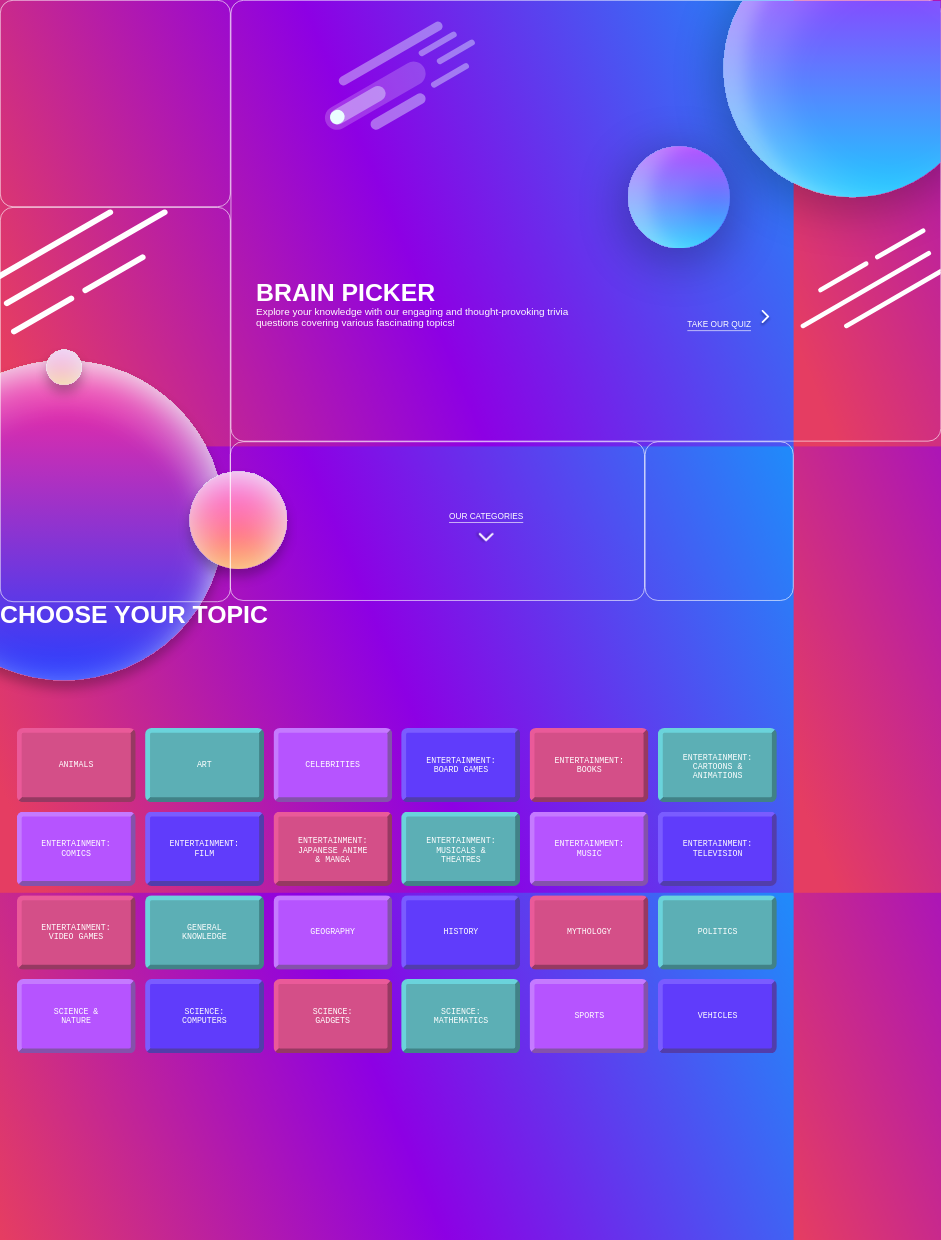
Repository: pjiang604/COMP-2170_Final-Project
Page: index.html
An editor plug-in stored every save of this project. The page is shown before and after the next save, followed by the edit.
The browser window is 1280 px wide. The page is 1518 px wide, so the pictures cover 1518 px, including what lies to the right of the window. The pictures show the whole page, at 62% of full size.
Backgrounds fixed to the window are drawn as part of the page.

Above is the page before, as saved 2023-04-30 13:30:03.

### index.html
<!DOCTYPE html>
<html lang="en">
  <head>
    <meta charset="UTF-8">
    <meta http-equiv="X-UA-Compatible" content="IE=edge">
    <meta name="viewport" content="width=device-width, initial-scale=1.0">
    <link rel="stylesheet" href="style.css">
    <title> Brain Picker </title>
    <script src="/easy.js"></script>
    <script src="/medium.js"></script>
    <script src="/hard.js"></script>
  </head>
  <body>
    <div class="container">
      <div class="graphic__left">
        <img class="bottom__left_sphere" src="/Assets/bg_graphics/bottom_left_sphere_group.svg" alt="">
        <img class="left__shooting_star" src="/Assets/bg_graphics/shooting_star_left.svg" alt="">
      </div>
      <div class="left__containers">
        <div class="left__container_top"></div>
        <div class="left__container_bottom"></div>
      </div>
      <div class="quiz__container">
        <div class="left__content">
          <h1> BRAIN PICKER </h1>
          <p> Explore your knowledge with our engaging and thought-provoking trivia questions covering various fascinating topics! </p>
        </div>
        <div class="right__content">
          <div class="graphics">
            <img class="shooting__star_top" src="/Assets/bg_graphics/shooting_star_alt.svg" alt="">
            <img class="top__right_sphere" src="/Assets/bg_graphics/top_right_sphere_group.svg" alt="">
            <img class="star__right" src="/Assets/bg_graphics/shooting_star_right.svg" alt="">
          </div>
          <div class="quiz__button">
            <a href="#">
              <button class="take__quiz_button"> TAKE OUR QUIZ </button>
              <img class="quiz__arrow" src="/Assets/buttons/arrow-head.svg" alt="">
            </a>
          </div>
        </div>
      </div>
    </div>
    <div class="bottom__containers">
      <div class="bottom__container_left">
        <a href="#">
          <button class="categories__button"> OUR CATEGORIES </button>
        </a>
        <img class="categories__arrow" src="/Assets/buttons/arrow-head.svg" alt="" width="30px">
      </div>
      <div class="bottom__container_right"></div>
    </div>

    <div class="categories__section">
      <h1 class="topics_header">CHOOSE YOUR TOPIC</h1>

      <div class="categories_container">
        <button class='topic_button1' id="animals">animals</button>
        <button class='topic_button2' id="art">art</button>
        <button class='topic_button3' id="celebrities">celebrities</button>
        <button class='topic_button4' id="board_games">entertainment: board games</button>
        <button class='topic_button1' id="books">entertainment: books</button>
        <button class='topic_button2' id="cartoons_animations">entertainment: cartoons & animations</button>
        <button class='topic_button3' id="comics">entertainment: comics</button>
        <button class='topic_button4' id="film">entertainment: film</button>
        <button class='topic_button1' id="japanese_anime">entertainment: japanese anime & manga</button>
        <button class='topic_button2' id="musicals_theatre">entertainment: musicals & theatres</button>
        <button class='topic_button3' id="music">entertainment: music</button>
        <button class='topic_button4' id="television">entertainment: television</button>
        <button class='topic_button1' id="video_games">entertainment: video games</button>
        <button class='topic_button2' id="general_knwoledge">general knowledge</button>
        <button class='topic_button3' id="geography">geography</button>
        <button class='topic_button4' id="history">history</button>
        <button class='topic_button1' id="mythology">mythology</button>
        <button class='topic_button2' id="politics">politics</button>
        <button class='topic_button3' id="science_nature">science & nature</button>
        <button class='topic_button4' id="computers">science: computers</button>
        <button class='topic_button1' id="gadgets">science: gadgets </button>
        <button class='topic_button2' id="mathematics">science: mathematics</button>
        <button class='topic_button3' id="sports">sports</button>
        <button class='topic_button4' id="vehicles">vehicles</button>
      </div>
    </div>

  </body>
</html>

### style.css
:root {
	--primary-font: Arial, Helvetica, sans-serif;
	--secondary-font: 'Courier New', Courier, monospace;
	--font-weight-general: normal;
	--font-weight-light: 100;
	--font-weight-bold: bold;
	--font-size-body: 12pt;
	--font-size-heading: 30pt;
	--font-size-sub-heading: 22pt;

	--white: #fff;
	--black: #000000;
	--crimson: #d44f88;
	--crimson-2:#ea5a99;
	--teal:#5CAFB5;
	--teal-2:#6ad3db;
	--indigo:#603CFB;
	--indigo-2:#7a5cff;
	--purple: #B654FF;
	--purple-2:#c57aff;
}

h1 {
	font-size: var(--font-size-heading);
	font-weight: var(--font-weight-bold);
	font-family: var(--primary-font);
}

h2 {
	font-size: var(--font-size-sub-heading);
	font-weight: var(--font-weight-bold);
	font-family: var(--primary-font);
}

p {
	font-size: var(--font-size-body);
	font-weight: var(--font-weight-general);
	font-family: var(--primary-font);
}

* {
	margin: 0;
}

body {
	/* Linear gradient bg */
	background: linear-gradient(247.38deg, #2189FA 0.96%, #8D00E4 50.19%, #E53D62 95.42%);
	min-height: 2000px;
	background-attachment: fixed;
	background-position: center;
	background-repeat: no-repeat;
	background-size: cover;
	max-width: 100%;
}

/**Main container**/
.container {
	display: flex;
}

.bottom__left_sphere {
	position: absolute;
	width: 30rem;
	top: 35rem;
	z-index: -1;
}

.left__shooting_star {
	width: 17rem;
	position: absolute;
	top: 21rem;
}

/**Left containers**/
.left__container_top {
	box-sizing: border-box;
	display: flex;
	width: 372px;
	height: 334px;
	border: 0.25px solid #FFFFFF;
	border-radius: 21px;
}

.left__container_bottom {
	box-sizing: border-box;
	display: flex;
	width: 372px;
	height: 637px;
	border: 0.25px solid #FFFFFF;
	border-radius: 21px;
}

/**Bottom containers**/
.bottom__containers {
	display: flex;
	margin-top: -16.2rem;
	/* justify-content: end; */
	padding-left: 23.2rem;
}

.bottom__container_left {
	box-sizing: border-box;
	display: flex;
	width: 52.8rem;
	height: 257px;
	border: 0.25px solid #FFFFFF;
	border-radius: 21px;
}

.bottom__container_right {
	box-sizing: border-box;
	display: flex;
	width: 303px;
	height: 257px;
	border: 0.25px solid #FFFFFF;
	border-radius: 21px;
}

/**Quiz Section**/
.quiz__container {
	box-sizing: border-box;
	display: flex;
	width: 71.6rem;
	height: 44.5rem;
	border: 0.15px solid #FFFFFF;
	border-radius: 21px;
}

.shooting__star_top {
	position: absolute;
	right: 32rem;
	top: 2rem;
}

.top__right_sphere {
	display: flex;
	justify-content: end;
}

.star__right {
	display: flex;
	position: relative;
	float: right;
	bottom: 8rem;
}

.left__content {
	color: var(--white);
	width: 40rem;
	padding-left: 2.5rem;
	padding-top: 28rem;
}

.take__quiz_button {
	border: none;
	text-decoration: underline;
	text-underline-offset: 5px;
	color: var(--white);
	background: none;
	padding-left: 11rem;
	cursor: pointer;
}

.quiz__button>a {
	text-decoration: none;
}


.categories__button {
	border: none;
	text-decoration: underline;
	text-underline-offset: 5px;
	color: var(--white);
	background: none;
	padding-left: 22rem;
	padding-top: 7rem;
	cursor: pointer;
}

.categories__arrow {
	rotate: 90deg;
	margin-top: 2.5rem;
	position: absolute;
	left: 48rem;
	top: 50.5rem;
}

.bottom__container_left>a {
	text-decoration: none;
}


/** Topics Section **/
.topics_header{
	color: var(--white);
}

.categories_container{
	font-family: var(--secondary-font);
	display: grid;
	grid-template-columns: 12rem 12rem 12rem 12rem 12rem 12rem;
	gap: .935rem;
	align-items: center;
	justify-content: center;
	padding-top: 10rem;
}

.topic_button1{
	font-family: var(--secondary-font);
	border-width: .5rem;
	height: 7.5rem;
    color: var(--white);
    border-radius: 0.656rem;
    background-color: var(--crimson);
    border-color: var(--crimson-2);
	padding: 2rem;
	text-transform: uppercase;

}

.topic_button2{
	font-family: var(--secondary-font);
	background-color: var(--teal);
	height: 7.5rem;
	color: var(--white);
	border-radius: 0.656rem;
	border-color: var(--teal-2);
	border-width: .5rem;
	text-transform: uppercase;
	padding: 2rem;
}
.topic_button3{
	font-family: var(--secondary-font);
	background-color:var(--purple);
	height: 7.5rem;
	color: var(--white);
	border-radius: 0.656rem;
	border-color:var(--purple-2);
	border-width: .5rem;
	text-transform: uppercase;
	padding: 2rem;
}
.topic_button4{
	font-family: var(--secondary-font);
	background-color:var(--indigo);
	height: 7.5rem;
	color: var(--white);
	border-radius: 0.656rem;
	border-color: var(--indigo-2);
	border-width: .5rem;
	text-transform: uppercase;
	padding: 2rem;
}

Loaded but not shown: easy.js (no stored copy; drawn as an empty file); medium.js (no stored copy; drawn as an empty file); hard.js (no stored copy; drawn as an empty file)

After the next save:
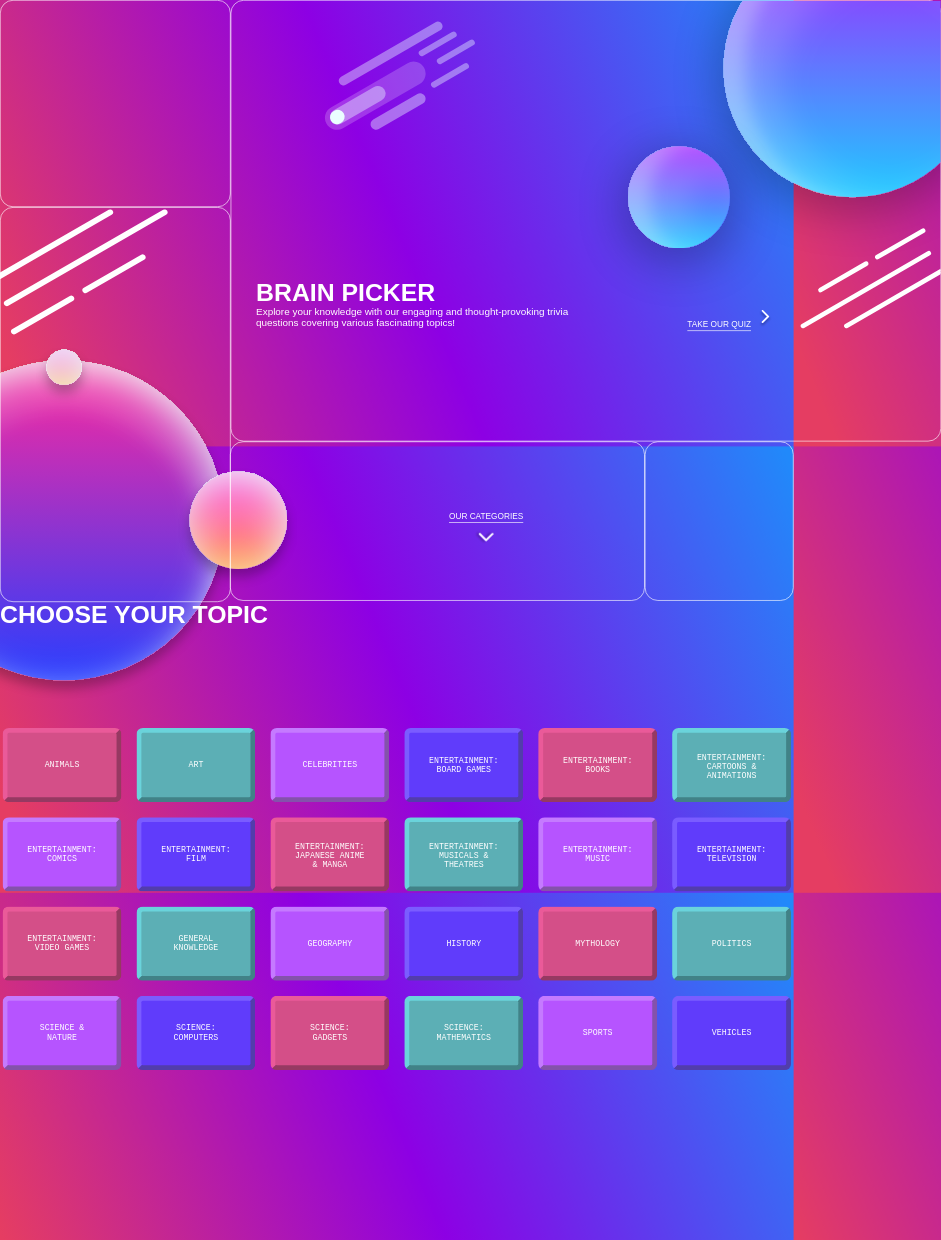
Saved 18 s later.
--- a/style.css
+++ b/style.css
@@ -199,7 +199,7 @@ body {
 	font-family: var(--secondary-font);
 	display: grid;
 	grid-template-columns: 12rem 12rem 12rem 12rem 12rem 12rem;
-	gap: .935rem;
+	gap: 1.5rem;
 	align-items: center;
 	justify-content: center;
 	padding-top: 10rem;
